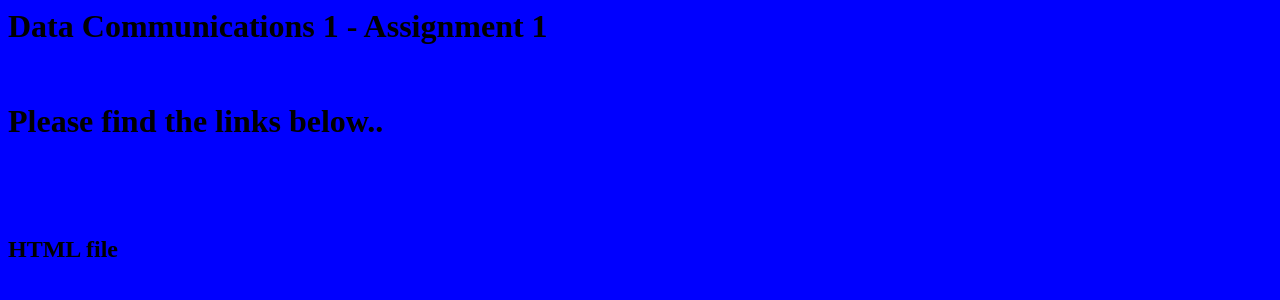
Repository: RaghavTVel/CUB_Codes
Page: eclipse_workspace/DataCommAssignment1/www/index.html
An editor plug-in stored every save of this project. The page is shown before and after the next save, followed by the edit.
The browser window is 1280 px wide. The pictures show the whole page.

Above is the page before, as saved 2015-09-06 00:05:11.

### eclipse_workspace/DataCommAssignment1/www/index.html
<html>

<head>
<h1>
Data Communications 1 - Assignment 1<br><br>
</h1>
</head>

<title>
Data Communications 1 - Assignment 1
</title>

<body bgcolor='blue'>

<p>
<h1>
Please find the links below..<br><br><br>
</h1>
</p>

<p>
<h2>
HTML file<br>
</h2>
</p>

</body>

</html>

After the next save:
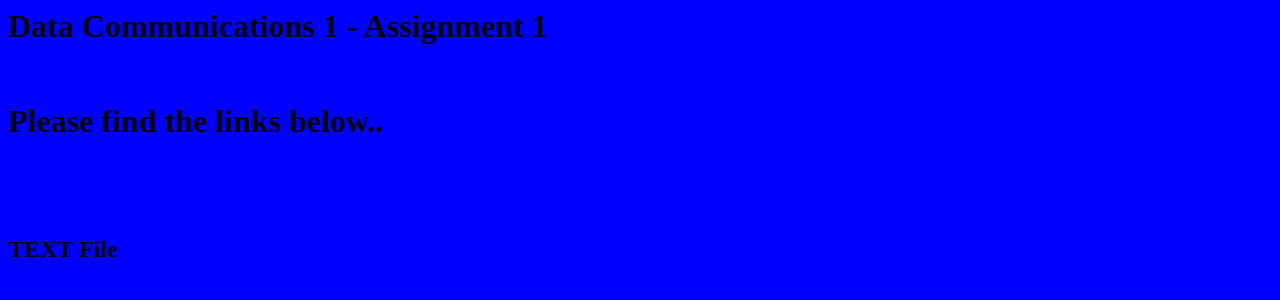
Saved 5 min 36 s later.
--- a/eclipse_workspace/DataCommAssignment1/www/index.html
+++ b/eclipse_workspace/DataCommAssignment1/www/index.html
@@ -20,7 +20,8 @@ Please find the links below..<br><br><br>
 
 <p>
 <h2>
-HTML file<br>
+TEXT File<br>
+<a href="text/thankyou.txt">
 </h2>
 </p>
 
